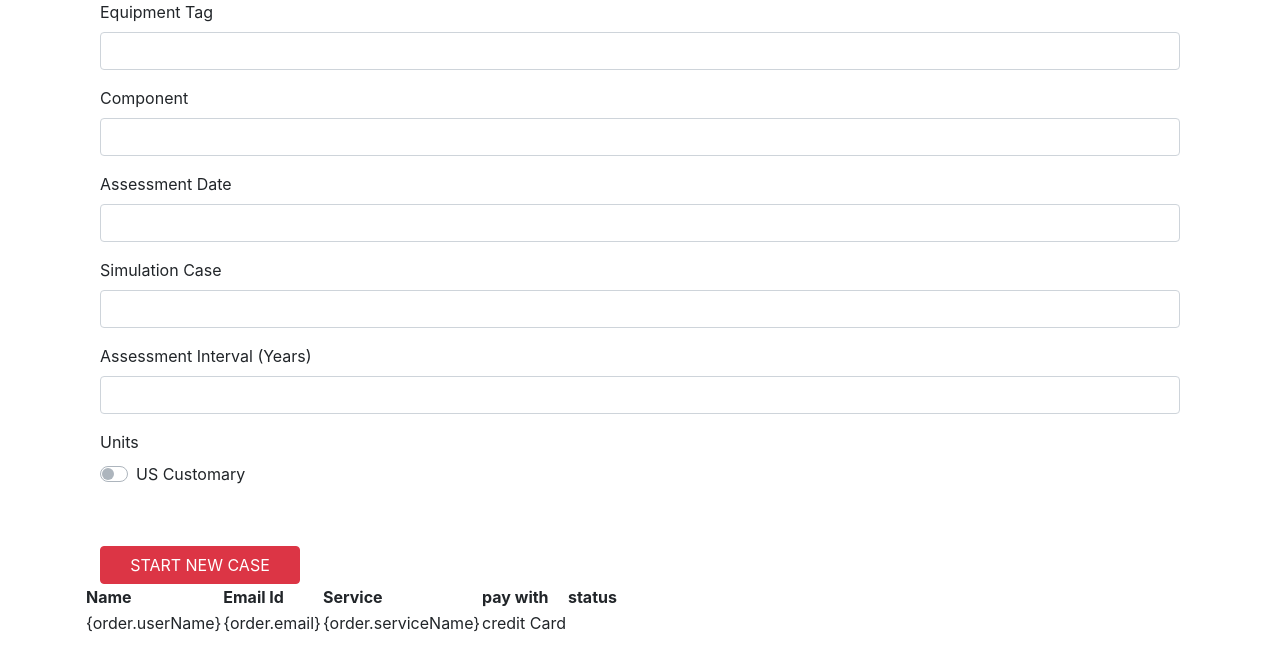
Repository: arif286/dashboard
Page: /
An editor plug-in stored every save of this project. The page is shown before and after the next save, followed by the edit.
The browser window is 1280 px wide. The pictures show the whole page.
The project was rebuilt for these pictures with package versions that can differ from the ones it lists, and the page was loaded fresh each time. The framework's server and built-in components were replaced by stand-ins that run in the browser. Also part of the build but not shown: nuxt.config.js, components/Nav.vue.

Above is the page before, as saved 2021-06-18 17:36:48.

After the next save:
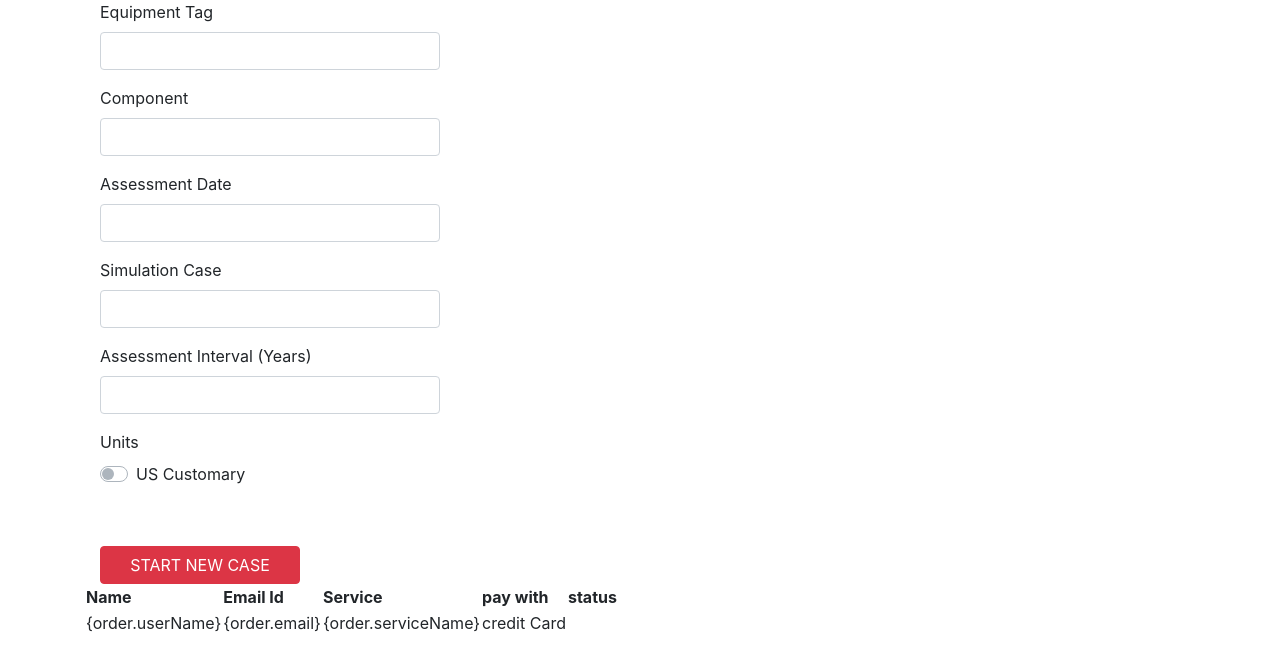
Saved 7 s later.
--- a/pages/index.vue
+++ b/pages/index.vue
@@ -1,6 +1,6 @@
 <template>
   <div class="container">
-    <div class="col">
+    <div class="col-4">
       <Form />
     </div>
     <div>
